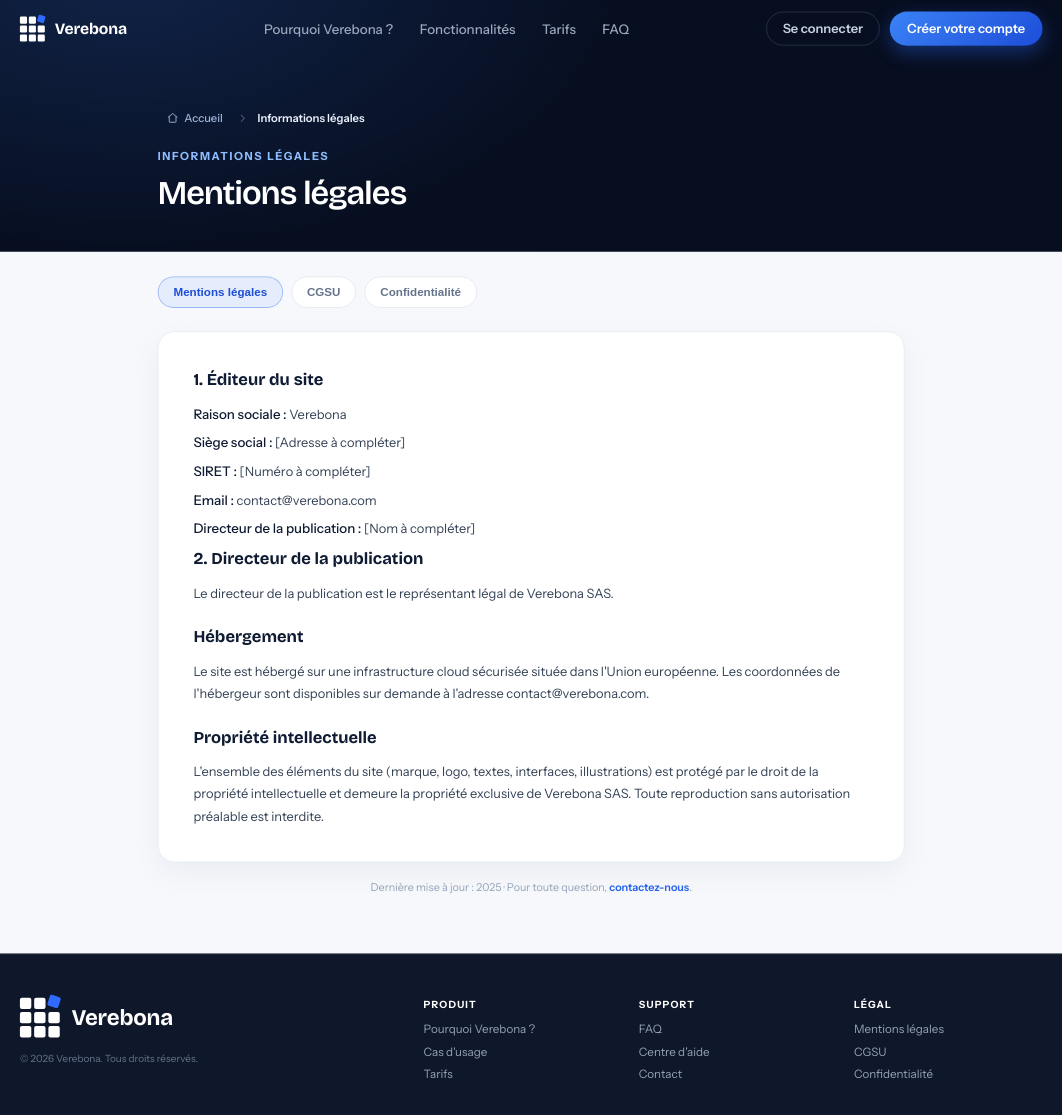
Repository: AdminVerebona/verebona-public
Page: /mentions-legales
An editor plug-in stored every save of this project. The page is shown before and after the next save, followed by the edit.
The browser window is 1280 px wide. The pictures show the whole page, at 83% of full size.
The project was rebuilt for these pictures with package versions that can differ from the ones it lists, and the page was loaded fresh each time. Also part of the build but not shown: next.config.mjs, vite.config.js, vite.config.ts, src/composables/useLanding.ts, src/sections/HeroSection.vue, src/sections/WhySection.vue, src/sections/UseCasesSection.vue, src/sections/FeaturesSection.vue and 6 more.

Above is the page before, as saved 2026-07-10 15:11:22.

### index.html
<!doctype html>
<html lang="fr">
  <head>
    <meta charset="UTF-8" />
    <meta name="viewport" content="width=device-width, initial-scale=1.0" />
    <title>Verebona — Centralisez, organisez, valorisez vos biens</title>
    <meta
      name="description"
      content="Verebona centralise vos biens, documents et échéances pour les retrouver facilement, anticiper les dates importantes et valoriser vos biens le moment venu."
    />
  </head>
  <body>
    <div id="app"></div>
    <script type="module" src="/src/main.ts"></script>
  </body>
</html>

### src/main.ts
import { createApp } from 'vue'
import App from './App.vue'
import router from './router'
import { vHover } from './directives/hover'
import './style.css'

createApp(App)
  .use(router)
  .directive('hover', vHover)
  .mount('#app')

### src/App.vue
<template>
  <div style="background:#070E20;color:#EAF0FB;overflow-x:hidden;min-height:100vh">
    <AppHeader />
    <router-view />
    <AppFooter />
  </div>
</template>

<script setup lang="ts">
import { onMounted, watch, nextTick } from 'vue'
import { useRoute } from 'vue-router'
import AppHeader from './components/AppHeader.vue'
import AppFooter from './components/AppFooter.vue'
import { useScrollReveal } from './composables/useScrollReveal'

const route = useRoute()
const { scan } = useScrollReveal()

onMounted(() => { scan() })

// Re-scan reveal targets whenever the route (page) changes.
watch(
  () => route.fullPath,
  () => { nextTick(() => setTimeout(scan, 60)) },
)
</script>

### src/router/index.ts
import { createRouter, createWebHistory } from 'vue-router'
import HomeView from '../views/HomeView.vue'

const routes = [
  { path: '/', name: 'home', component: HomeView },
  { path: '/aide', name: 'help', component: () => import('../views/HelpView.vue') },
  { path: '/contact', name: 'contact', component: () => import('../views/ContactView.vue') },
  { path: '/mentions-legales', name: 'legal-mentions', component: () => import('../views/LegalView.vue') },
  { path: '/cgu', name: 'legal-cgu', component: () => import('../views/LegalView.vue') },
  { path: '/confidentialite', name: 'legal-confid', component: () => import('../views/LegalView.vue') },
  { path: '/:pathMatch(.*)*', name: 'not-found', component: () => import('../views/NotFoundView.vue') },
]

const router = createRouter({
  history: createWebHistory(),
  routes,
  scrollBehavior(to) {
    if (to.hash) return { el: to.hash, behavior: 'smooth' }
    return { top: 0 }
  },
})

export default router

### src/directives/hover.ts
import type { Directive } from 'vue'

/**
 * v-hover — applies a set of inline styles while the pointer is over the
 * element, and restores the previous values on leave. Reproduces the
 * `style-hover` behaviour of the design prototype.
 *
 * Usage:  <a v-hover="{ color: '#fff', transform: 'translateY(-1px)' }">
 */
type HoverStyles = Record<string, string>

interface HoverEl extends HTMLElement {
  __hoverEnter?: () => void
  __hoverLeave?: () => void
}

export const vHover: Directive<HoverEl, HoverStyles> = {
  mounted(el, binding) {
    const styles = binding.value || {}
    const original: HoverStyles = {}

    const enter = () => {
      for (const key in styles) {
        original[key] = (el.style as any)[key]
        ;(el.style as any)[key] = styles[key]
      }
    }
    const leave = () => {
      for (const key in styles) {
        ;(el.style as any)[key] = original[key] || ''
      }
    }

    el.__hoverEnter = enter
    el.__hoverLeave = leave
    el.addEventListener('mouseenter', enter)
    el.addEventListener('mouseleave', leave)
  },
  unmounted(el) {
    if (el.__hoverEnter) el.removeEventListener('mouseenter', el.__hoverEnter)
    if (el.__hoverLeave) el.removeEventListener('mouseleave', el.__hoverLeave)
  },
}

### src/style.css
/* ============================================================
   Verebona — global styles
   Fonts, resets, scroll-reveal animation, responsive rules.
   All component-level styling is inline in the .vue templates
   (ported 1:1 from the validated design prototype).
   ============================================================ */

@import url('https://fonts.googleapis.com/css2?family=Bricolage+Grotesque:opsz,wght@12..96,400;12..96,500;12..96,600;12..96,700&family=Instrument+Sans:wght@400;500;600;700&family=Space+Mono:wght@400;700&display=swap');

* { box-sizing: border-box; }
html, body { margin: 0; padding: 0; }
body {
  font-family: 'Instrument Sans', system-ui, sans-serif;
  -webkit-font-smoothing: antialiased;
  background: #070E20;
}
h1, h2, h3, h4 { font-family: 'Bricolage Grotesque', sans-serif; margin: 0; }
p { margin: 0; }
a { text-decoration: none; color: inherit; }
a:hover { color: inherit; }

@keyframes vb-float { 0%, 100% { transform: translateY(0); } 50% { transform: translateY(-14px); } }
@keyframes vb-float-s { 0%, 100% { transform: translateY(0); } 50% { transform: translateY(-9px); } }
@keyframes vb-marquee { 0% { transform: translateX(0); } 100% { transform: translateX(-50%); } }

section[id] { scroll-margin-top: 82px; }

/* Scroll reveal */
.vb-reveal,
.vb-rgroup > * {
  transition: opacity .8s cubic-bezier(.16, 1, .3, 1), transform .8s cubic-bezier(.16, 1, .3, 1);
  will-change: opacity, transform;
}
.vb-anim .vb-reveal,
.vb-anim .vb-rgroup > * { opacity: 0; transform: translateY(40px) scale(.985); }
.vb-reveal.vb-in,
.vb-rgroup > .vb-in { opacity: 1 !important; transform: none !important; }
@media (prefers-reduced-motion: reduce) {
  .vb-reveal,
  .vb-rgroup > * { opacity: 1 !important; transform: none !important; transition: none !important; }
}

/* Responsive */
.r-burger, .r-mobile-menu { display: none; }
@media (max-width: 860px) {
  h1 { font-size: 37px !important; line-height: 1.08 !important; }
  h2 { font-size: 26px !important; line-height: 1.22 !important; }
  .r-nav, .r-hide-m, .r-dots, .r-browser { display: none !important; }
  .r-burger { display: inline-flex !important; }
  .r-mobile-menu { display: flex !important; }
  .r-hero, .r-2, .r-2b, .r-3, .r-4, .r-cta { grid-template-columns: 1fr !important; }
  .r-contact { grid-template-columns: 1fr !important; }
  .r-footer { grid-template-columns: 1fr 1fr !important; gap: 24px !important; }
  .r-mock { flex-direction: column !important; align-items: center !important; gap: 0 !important; }
  .r-uc { flex-direction: column !important; }
  .r-uc-panel { min-width: 0 !important; padding: 22px 20px !important; }
  .r-2 { grid-template-columns: 1fr !important; }
  .r-tri { grid-template-columns: 1fr !important; }
}

### src/composables/useScrollReveal.ts
/**
 * Scroll-reveal: adds `.vb-in` to `.vb-reveal` / `.vb-rgroup` elements as they
 * enter the viewport (staggering the children of a group). Ported from the
 * prototype's IntersectionObserver logic. Honours prefers-reduced-motion and
 * has a safety timeout so content is never left hidden.
 */
let io: IntersectionObserver | null = null

const reduce =
  typeof window !== 'undefined' &&
  !!window.matchMedia &&
  window.matchMedia('(prefers-reduced-motion: reduce)').matches

if (!reduce && typeof document !== 'undefined') {
  document.documentElement.classList.add('vb-anim')
}

function revealAll() {
  document.querySelectorAll('.vb-reveal').forEach((e) => e.classList.add('vb-in'))
  document.querySelectorAll('.vb-rgroup > *').forEach((e) => e.classList.add('vb-in'))
}

function ensureObserver() {
  if (io || reduce || typeof window === 'undefined' || !('IntersectionObserver' in window)) return
  io = new IntersectionObserver(
    (entries) => {
      entries.forEach((entry) => {
        if (!entry.isIntersecting) return
        const el = entry.target as HTMLElement
        io!.unobserve(el)
        if (el.classList.contains('vb-rgroup')) {
          Array.from(el.children).forEach((c, i) => {
            ;(c as HTMLElement).style.transitionDelay = i * 90 + 'ms'
            c.classList.add('vb-in')
          })
        } else {
          el.classList.add('vb-in')
        }
      })
    },
    { threshold: 0.12, rootMargin: '0px 0px -8% 0px' },
  )
}

export function useScrollReveal() {
  function scan() {
    if (reduce || typeof window === 'undefined' || !('IntersectionObserver' in window)) {
      revealAll()
      return
    }
    ensureObserver()
    document.querySelectorAll('.vb-reveal, .vb-rgroup').forEach((el) => io!.observe(el))
    // Safety net: never leave content hidden.
    window.setTimeout(revealAll, 2200)
  }
  return { scan }
}

### src/views/LegalView.vue
<template>
<section style="position:relative;padding:128px 24px 48px;overflow:hidden;background:radial-gradient(1000px 560px at 12% -10%,rgba(59,130,246,.18),transparent 60%),#070E20">
  <div style="position:absolute;inset:0;background-image:radial-gradient(rgba(148,163,184,.09) 1px,transparent 1px);background-size:34px 34px;-webkit-mask-image:linear-gradient(to bottom,#000,transparent 85%);mask-image:linear-gradient(to bottom,#000,transparent 85%);pointer-events:none"></div>
  <div style="max-width:900px;margin:0 auto;position:relative">
    <nav aria-label="Fil d'Ariane" style="margin-bottom:24px"><ol style="display:flex;align-items:center;gap:6px;list-style:none;margin:0;padding:0;font-size:13.5px"><li style="display:flex;align-items:center"><a href="#" @click.prevent="goHome" style="display:inline-flex;align-items:center;gap:7px;color:#9FB4D8;font-weight:500;padding:6px 11px;border-radius:9px;cursor:pointer;transition:color .15s,background .15s" v-hover="{color:'#fff',background:'rgba(255,255,255,.06)'}"><svg width="14" height="14" viewBox="0 0 24 24" fill="none" stroke="currentColor" stroke-width="1.9" stroke-linecap="round" stroke-linejoin="round"><path d="M3 10.5 12 3l9 7.5"/><path d="M5 9.5V20a1 1 0 0 0 1 1h12a1 1 0 0 0 1-1V9.5"/></svg>Accueil</a></li><li aria-hidden="true" style="display:flex;color:#42557A"><svg width="15" height="15" viewBox="0 0 24 24" fill="none" stroke="currentColor" stroke-width="2" stroke-linecap="round" stroke-linejoin="round"><path d="M9 6l6 6-6 6"/></svg></li><li aria-current="page" style="color:#EAF0FB;font-weight:600;padding:6px 4px">{{ crumbLabel }}</li></ol></nav>
    <div style="font-size:13.5px;letter-spacing:.15em;text-transform:uppercase;font-weight:800;color:#8FBEFF;margin-bottom:16px">Informations légales</div>
    <h1 style="font-size:40px;line-height:1.08;font-weight:600;letter-spacing:-.025em;color:#fff">{{ legalTitle }}</h1>
  </div>
</section>
<section style="background:#F6F8FC;padding:30px 24px 72px">
  <div style="max-width:900px;margin:0 auto">
    <div style="display:flex;flex-wrap:wrap;gap:10px;margin-bottom:28px">
      <button type="button" :style="legalMentionsStyle" @click.prevent="goMentions">Mentions légales</button>
      <button type="button" :style="legalCGUStyle" @click.prevent="goCGU">CGSU</button>
      <button type="button" :style="legalConfidStyle" @click.prevent="goConfid">Confidentialité</button>
    </div>
    <div style="background:#fff;border:1px solid #E6EBF3;border-radius:20px;padding:40px 42px;box-shadow:0 12px 34px rgba(15,27,51,.05)">
      <template v-if="isMentions">
        <div style="font-size:15.5px;line-height:1.75;color:#334155">
          <h2 style="font-size:20px;font-weight:700;color:#0F1B33;font-family:'Bricolage Grotesque',sans-serif;margin:0 0 10px">1. Éditeur du site</h2>
          <p style="margin:0 0 6px"><span style="font-size:16px;font-weight:500;color:#0F1B33">Raison sociale :</span> Verebona</p>
          <p style="margin:0 0 6px"><span style="font-size:16px;font-weight:500;color:#0F1B33">Siège social :</span> [Adresse à compléter]</p>
          <p style="margin:0 0 6px"><span style="font-size:16px;font-weight:500;color:#0F1B33">SIRET :</span> [Numéro à compléter]</p>
          <p style="margin:0 0 6px"><span style="font-size:16px;font-weight:500;color:#0F1B33">Email :</span> contact@verebona.com</p>
          <p style="margin:0 0 6px"><span style="font-size:16px;font-weight:500;color:#0F1B33">Directeur de la publication :</span> [Nom à compléter]</p>
          <h2 style="font-size:20px;font-weight:700;color:#0F1B33;font-family:'Bricolage Grotesque',sans-serif;margin:0 0 10px">2. Directeur de la publication</h2>
          <p style="margin:0 0 22px">Le directeur de la publication est le représentant légal de Verebona SAS.</p>
          <h2 style="font-size:20px;font-weight:700;color:#0F1B33;font-family:'Bricolage Grotesque',sans-serif;margin:0 0 10px">Hébergement</h2>
          <p style="margin:0 0 22px">Le site est hébergé sur une infrastructure cloud sécurisée située dans l'Union européenne. Les coordonnées de l'hébergeur sont disponibles sur demande à l'adresse contact@verebona.com.</p>
          <h2 style="font-size:20px;font-weight:700;color:#0F1B33;font-family:'Bricolage Grotesque',sans-serif;margin:0 0 10px">Propriété intellectuelle</h2>
          <p style="margin:0">L'ensemble des éléments du site (marque, logo, textes, interfaces, illustrations) est protégé par le droit de la propriété intellectuelle et demeure la propriété exclusive de Verebona SAS. Toute reproduction sans autorisation préalable est interdite.</p>
        </div>
      </template>
      <template v-if="isCGU">
        <div style="font-size:15.5px;line-height:1.75;color:#334155">
          <h2 style="font-size:20px;font-weight:700;color:#0F1B33;font-family:'Bricolage Grotesque',sans-serif;margin:0 0 10px">1. Objet</h2>
          <p style="margin:0 0 22px">Les présentes conditions générales de service et d'utilisation (CGSU) définissent les modalités d'accès et d'utilisation de la plateforme Verebona, service de centralisation et d'organisation documentaire du patrimoine.</p>
          <h2 style="font-size:20px;font-weight:700;color:#0F1B33;font-family:'Bricolage Grotesque',sans-serif;margin:0 0 10px">2. Compte et abonnement</h2>
          <p style="margin:0 0 22px">L'accès au service nécessite la création d'un compte et la souscription d'une offre. L'utilisateur s'engage à fournir des informations exactes et à préserver la confidentialité de ses identifiants.</p>
          <h2 style="font-size:20px;font-weight:700;color:#0F1B33;font-family:'Bricolage Grotesque',sans-serif;margin:0 0 10px">3. Nature du service</h2>
          <p style="margin:0 0 22px">Verebona est une plateforme d'organisation. Les documents importés ne sont ni certifiés, ni validés, ni garantis juridiquement. L'utilisateur reste seul responsable de l'exactitude des informations qu'il enregistre.</p>
          <h2 style="font-size:20px;font-weight:700;color:#0F1B33;font-family:'Bricolage Grotesque',sans-serif;margin:0 0 10px">4. Responsabilités</h2>
          <p style="margin:0 0 22px">Verebona met en œuvre les moyens raisonnables pour assurer la disponibilité et la sécurité du service, sans obligation de résultat concernant une disponibilité ininterrompue.</p>
          <h2 style="font-size:20px;font-weight:700;color:#0F1B33;font-family:'Bricolage Grotesque',sans-serif;margin:0 0 10px">5. Résiliation</h2>
          <p style="margin:0">L'utilisateur peut résilier son abonnement à tout moment. Des modalités de récupération des données sont prévues afin d'éviter tout verrouillage à la fin du contrat.</p>
        </div>
      </template>
      <template v-if="isConfid">
        <div style="font-size:15.5px;line-height:1.75;color:#334155">
          <h2 style="font-size:20px;font-weight:700;color:#0F1B33;font-family:'Bricolage Grotesque',sans-serif;margin:0 0 10px">Données collectées</h2>
          <p style="margin:0 0 22px">Verebona collecte les données nécessaires au fonctionnement du service : informations de compte, contenus importés (fiches de biens, documents) et données d'usage strictement utiles à l'amélioration du service.</p>
          <h2 style="font-size:20px;font-weight:700;color:#0F1B33;font-family:'Bricolage Grotesque',sans-serif;margin:0 0 10px">Finalités</h2>
          <p style="margin:0 0 22px">Les données sont traitées pour fournir le service, assurer la sécurité, et répondre aux obligations légales. Elles ne sont jamais cédées à des tiers à des fins commerciales.</p>
          <h2 style="font-size:20px;font-weight:700;color:#0F1B33;font-family:'Bricolage Grotesque',sans-serif;margin:0 0 10px">Sécurité</h2>
          <p style="margin:0 0 22px">Vos données sont chiffrées lors du stockage et des échanges, et hébergées sur une infrastructure sécurisée au sein de l'Union européenne.</p>
          <h2 style="font-size:20px;font-weight:700;color:#0F1B33;font-family:'Bricolage Grotesque',sans-serif;margin:0 0 10px">Vos droits</h2>
          <p style="margin:0">Conformément au RGPD, vous disposez d'un droit d'accès, de rectification, de portabilité et de suppression de vos données. Pour exercer ces droits, écrivez à contact@verebona.com.</p>
        </div>
      </template>
    </div>
    <p style="font-size:13px;color:#94A3B8;margin-top:22px;text-align:center">Dernière mise à jour : 2025 · Pour toute question, <a href="#" @click.prevent="goContact" style="color:#2563EB;font-weight:600">contactez-nous</a>.</p>
  </div>
</section>
</template>

<script setup lang="ts">
import { useLegal } from '../composables/useLegal'
import { useNav } from '../composables/useNav'
const { isMentions, isCGU, isConfid, legalTitle, legalMentionsStyle, legalCGUStyle, legalConfidStyle, crumbLabel } = useLegal()
const { goHome, goContact, goMentions, goCGU, goConfid } = useNav()
</script>

### src/composables/useNav.ts
import { ref, computed, nextTick } from 'vue'
import { useRouter, useRoute } from 'vue-router'

// Shared across header + footer + mobile menu.
const menuOpen = ref(false)

/**
 * useNav — header/footer navigation. Page links use vue-router; the four
 * in-page section links (Pourquoi / Fonctionnalités / Tarifs / FAQ) route to
 * home first if needed, then smooth-scroll to the anchor.
 */
export function useNav() {
  const router = useRouter()
  const route = useRoute()

  const toggleMenu = () => { menuOpen.value = !menuOpen.value }
  const closeMenu = () => { menuOpen.value = false }

  function scrollToId(id: string) {
    const el = document.getElementById(id)
    if (el && el.scrollIntoView) {
      try { el.scrollIntoView({ behavior: 'smooth', block: 'start' }) } catch { /* noop */ }
    }
  }
  function goToAnchor(id: string) {
    closeMenu()
    if (route.path !== '/') {
      router.push('/').then(() => nextTick(() => setTimeout(() => scrollToId(id), 80)))
    } else {
      scrollToId(id)
    }
  }

  const goHome = () => { closeMenu(); router.push('/') }
  const goAide = () => { closeMenu(); router.push('/aide') }
  const goContact = () => { closeMenu(); router.push('/contact') }
  const goMentions = () => { closeMenu(); router.push('/mentions-legales') }
  const goCGU = () => { closeMenu(); router.push('/cgu') }
  const goConfid = () => { closeMenu(); router.push('/confidentialite') }

  const navPourquoi = () => goToAnchor('pourquoi')
  const navFeatures = () => goToAnchor('features')
  const navPricing = () => goToAnchor('pricing')
  const navFaq = () => goToAnchor('faq')
  const navCasUsage = () => goToAnchor('cas-usage')

  const burgerBase = 'display:block;width:20px;height:2px;border-radius:2px;background:#fff;transition:transform .25s,opacity .25s;'
  const burgerTop = computed(() => burgerBase + 'transform:' + (menuOpen.value ? 'translateY(6px) rotate(45deg)' : 'none'))
  const burgerMid = computed(() => burgerBase + 'opacity:' + (menuOpen.value ? '0' : '1'))
  const burgerBot = computed(() => burgerBase + 'transform:' + (menuOpen.value ? 'translateY(-6px) rotate(-45deg)' : 'none'))

  return {
    menuOpen, toggleMenu, closeMenu,
    goHome, goAide, goContact, goMentions, goCGU, goConfid,
    navPourquoi, navFeatures, navPricing, navFaq, navCasUsage,
    burgerTop, burgerMid, burgerBot,
  }
}

### src/composables/useLegal.ts
import { computed } from 'vue'
import { useRoute } from 'vue-router'

/**
 * Legal page — a single view with three tabs (mentions / cgu / confid),
 * each mapped to its own route so they are independently linkable & indexable:
 *   /mentions-legales   /cgu   /confidentialite
 */
export function useLegal() {
  const route = useRoute()

  const tab = computed<'mentions' | 'cgu' | 'confid'>(() => {
    if (route.path.includes('cgu')) return 'cgu'
    if (route.path.includes('confidentialite')) return 'confid'
    return 'mentions'
  })

  const isMentions = computed(() => tab.value === 'mentions')
  const isCGU = computed(() => tab.value === 'cgu')
  const isConfid = computed(() => tab.value === 'confid')

  const legalTitle = computed(() =>
    tab.value === 'cgu'
      ? "Conditions générales de service et d'utilisation"
      : tab.value === 'confid'
        ? 'Politique de confidentialité'
        : 'Mentions légales',
  )

  const tabStyle = (a: boolean) =>
    `padding:10px 18px;border-radius:999px;font-size:14px;font-weight:600;cursor:pointer;border:1px solid ${a ? 'rgba(37,99,235,.4)' : '#E2E8F0'};background:${a ? 'rgba(37,99,235,.08)' : '#fff'};color:${a ? '#1D4ED8' : '#64748B'};transition:all .15s`

  const legalMentionsStyle = computed(() => tabStyle(isMentions.value))
  const legalCGUStyle = computed(() => tabStyle(isCGU.value))
  const legalConfidStyle = computed(() => tabStyle(isConfid.value))

  return {
    isMentions, isCGU, isConfid, legalTitle,
    legalMentionsStyle, legalCGUStyle, legalConfidStyle,
    crumbLabel: 'Informations légales',
  }
}

Loaded but not shown: src/components/AppHeader.vue (68 lines, source omitted); src/components/AppFooter.vue (21 lines, source omitted)

After the next save:
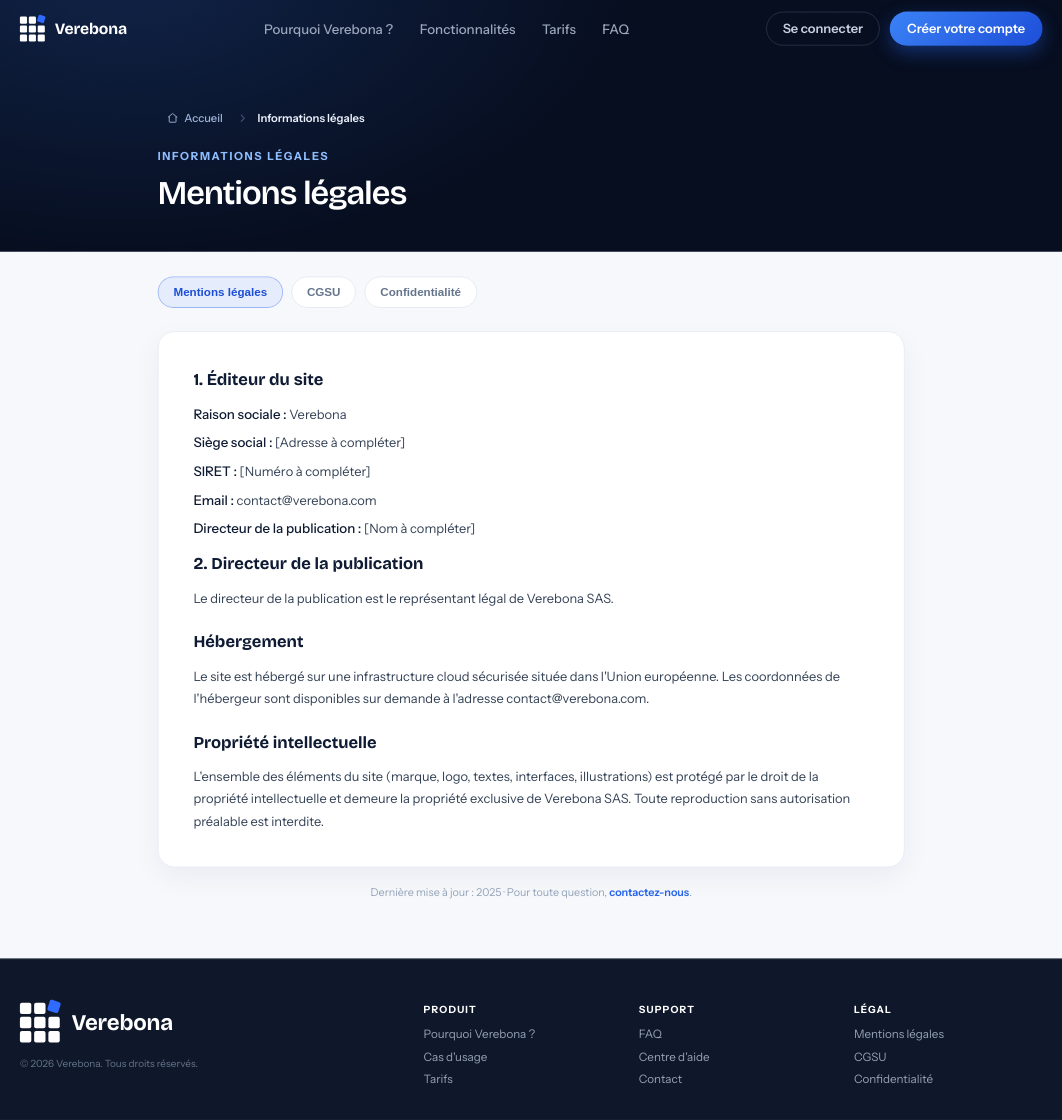
Saved 6 s later.
--- a/src/views/LegalView.vue
+++ b/src/views/LegalView.vue
@@ -22,7 +22,7 @@
           <p style="margin:0 0 6px"><span style="font-size:16px;font-weight:500;color:#0F1B33">Siège social :</span> [Adresse à compléter]</p>
           <p style="margin:0 0 6px"><span style="font-size:16px;font-weight:500;color:#0F1B33">SIRET :</span> [Numéro à compléter]</p>
           <p style="margin:0 0 6px"><span style="font-size:16px;font-weight:500;color:#0F1B33">Email :</span> contact@verebona.com</p>
-          <p style="margin:0 0 6px"><span style="font-size:16px;font-weight:500;color:#0F1B33">Directeur de la publication :</span> [Nom à compléter]</p>
+          <p style="margin:0 0 12px"><span style="font-size:16px;font-weight:500;color:#0F1B33">Directeur de la publication :</span> [Nom à compléter]</p>
           <h2 style="font-size:20px;font-weight:700;color:#0F1B33;font-family:'Bricolage Grotesque',sans-serif;margin:0 0 10px">2. Directeur de la publication</h2>
           <p style="margin:0 0 22px">Le directeur de la publication est le représentant légal de Verebona SAS.</p>
           <h2 style="font-size:20px;font-weight:700;color:#0F1B33;font-family:'Bricolage Grotesque',sans-serif;margin:0 0 10px">Hébergement</h2>
